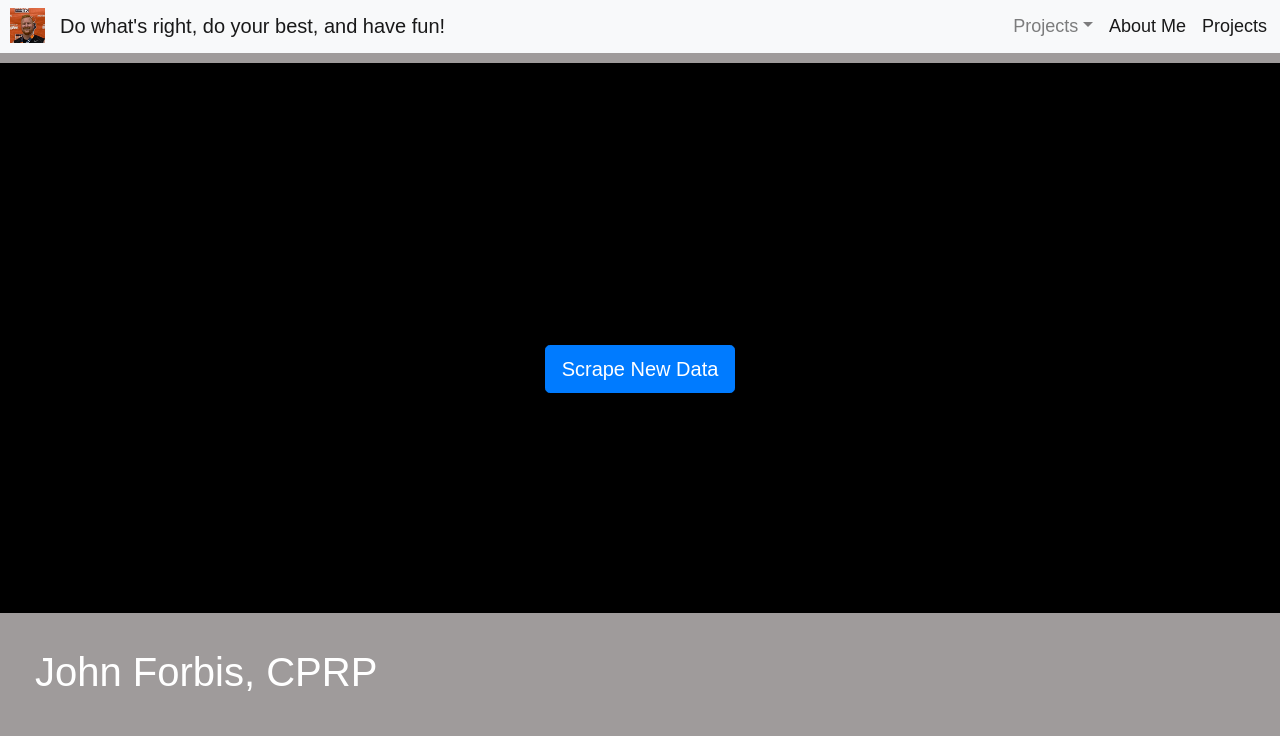
Repository: jforbis/john-forbis-data-analyst
Page: index.html
These files come from the project's save history. The page is drawn as it stood at one moment and after the next save; the edit follows.
The browser window is 1280 px wide. The pictures show the part of the page from y = 0 to 736 px (the page is 1718 px tall).
A picture or video elsewhere on the page could not be fetched, so the positions and the page height are approximate. Backgrounds fixed to the window are drawn as part of the page.

Above is the page before, as saved 2021-03-17 22:40:16.

### index.html
<!DOCTYPE html>
<html lang="en">

<head>
<meta charset="UTF-8">
<title>John Forbis, CPRP</title>
<!--Bootstrap style sheet-->
<link rel="stylesheet" href="https://stackpath.bootstrapcdn.com/bootstrap/4.3.1/css/bootstrap.min.css" integrity="sha384-ggOyR0iXCbMQv3Xipma34MD+dH/1fQ784/j6cY/iJTQUOhcWr7x9JvoRxT2MZw1T" crossorigin="anonymous">
<!--link to style sheet-->
<link rel="stylesheet" type="text/css" href="static/css/style.css">
</head>

<!--Top Nav Bar-->
<nav class="navbar-expand-lg navbar-light bg-light nav-color navbar nav">
    <a class="navbar-brand" href="about_me.html">
        <img class="headshot-sm" src="resources/images/headshot.jpg">
    </a>
    <a class="navbar-brand" id="tagline" href="index.html"> Do what's right, do your best, and have fun!</a>
    <button class="navbar-toggler" type="button" data-bs-toggle="collapse" data-bs-target="#navbarSupportedContent"
        aria-controls="navbarSupportedContent" aria-expanded="false" aria-label="Toggle navigation">
        <span class="navbar-toggler-icon"></span>
    </button>
    <div class="collapse navbar-collapse justify-content-end" id="navbarSupportedContent">
        <div class="nav navbar-nav navbar-right">
            <ul class="navbar-nav me-auto mb-2 mb-lg-0">
                <li class="nav-item dropdown">
                    <a class="nav-link dropdown-toggle" href="#" id="navbarDropdown" role="button"
                        data-bs-toggle="dropdown" aria-expanded="false">Projects</a>
                    <ul class="dropdown-menu" aria-labelledby="navbarDropdown">
                        <a class="dropdown-item" href="visualizations/maxtemp.html">Schooling</a>
                        <a class="dropdown-item" href="visualizations/humidity.html">Career</a>
                        <a class="dropdown-item" href="visualizations/cloudiness.html">Accolades</a>
                    </ul>
                </li>
                <li class="nav-item active">
                    <a class="nav-link" href="comparisons.html">About Me </a>
                </li>
                <li class="nav-item active">
                    <a class="nav-link" href="data.html">Projects </a>
                </li>
            </ul>
        </div>
    </div>
</nav>

<div class="wrapper">
    <nav class="navbar navbar-default">
        <div class="container-fluid">
        <div class="navbar-header">
            <!-- <a class="navbar-brand" href="index.html">UFO Sightings
            <img class="nav-ufo" src="resources/images/headshot.jpg">
            </a> -->
        </div>
        </div>
    </nav>
    <div class="hero text-center">
        <h1><b>Mission to Mars</b></h1>
        <p><a class="btn btn-primary btn-lg" href="resources/images/img_1779.jpg" role="button">Scrape New Data</a></p>
    </div>

<body>
    <h1>John Forbis, CPRP</h1>
    <hr>
    <table>
        <tr>
            <td>
                <div class="card" style="width: 40rem;">
                    <img src="Resources/assets/images/Fig1.png" class="card-img-top" alt="...">
                    <div class="card-body">
                    <h5 class="card-title">My brand:</h5>
                    <p class="card-text">
                        Data analyst with a passion for innovation, data analysis and keeping it fun!
                        <br>
                        <br>
                        With a background in public service, facility management, and leadership of
                        muli-level teams as well as extensive training in both leadership and data analytics
                        through the Leadership Intensive program by The Changing Point and the University
                        of Kansas Data Analytics boot camp respectively, I would make a great addition
                        to any team. Acquired skills in: advanced Excel, Python, Pandas, API calls,
                        SQL, Java Script and Machine Learning.
                        <br><br>
                        I enjoy a good problem needing solved
                        and love to utilize data to tell the story. I am a proven innovator in my
                        career with a ‘can-do’ mindset; always searching for new and better solutions.

                    </p>
                    <a href="https://www.linkedin.com/in/john-forbis-cprp-96921513/" class="btn btn-primary">Connect with me!</a>
                    </div>
                </div>
            </td>
            <td style="vertical-align:bottom">
                <div class="second_card" style="width: 40rem;">
                        <div class="card-body">
                            <table>
                                <tr>
                                <th colspan=2>VISUALIZATIONS</th>
                                </tr>
                                <tr>
                                <td>Max Temp
                                    <a href="visualizations/maxtemp.html">
                                        <img src="Resources/assets/images/Fig1.png" class="card-img-top" alt="...">
                                    </a>
                                </td>
                                <td>Humidity
                                    <a href="visualizations/humidity.html">
                                        <img src="Resources/assets/images/Fig2.png" class="card-img-top" alt="...">
                                    </a>
                                </td>
                                </tr>
                                <tr>
                                    <td>Cloudiness
                                        <a href="visualizations/cloudiness.html">
                                            <img src="Resources/assets/images/Fig3.png" class="card-img-top" alt="...">
                                    </a>
                                    </td>
                                    <td>Wind Speed
                                        <a href="visualizations/windspeed.html">
                                            <img src="Resources/assets/images/Fig3.png" class="card-img-top" alt="...">
                                        </a>
                                    </td>
                                </tr>
                                <tr>
                                    <td>
                                        </br>
                                        </br>
                                        </br>
                                        </br>
                                        </br>
                                        </br>
                                        </br>
                                        </br>
                                        </br>
                                    </td>
                                </tr>
                                <tr>
                                    <td></td>
                                </tr>
                                <tr>
                                    <td></td>
                                </tr>
                                <tr>
                                    <td></td>
                                </tr>
                                <tr>
                                    <td></td>
                                </tr>
                                <tr>
                                    <td></td>
                                </tr>
                                <tr>
                                    <td></td>
                                </tr>
                            </table>
                        </div>
                </div>
            </td>
        </tr>
    </table>
</div>
</body>

<!--<table>
    <tr>
      <th>Month</th>
      <th>Savings</th>
    </tr>
    <tr>
      <td>January</td>
      <td>$100</td>
    </tr>
    <tr>
      <td>February</td>
      <td>$80</td>
    </tr>
    <tr>
      <td colspan="2">Sum: $180</td>
    </tr>
  </table>-->

### static/css/style.css
/* Styling for HTML elements */
body {
padding: 0;
margin: 0;
font-family: Georgia, "Times New Roman", Times, serif;
font-size: 18px;
line-height: 150%;
color: rgb(255, 255, 255);
background: #9f9b9b;
}

.dropdown {
position: relative;
display: inline-block;
}

.dropdown-menu {
display: none;
position: absolute;
background-color: #f9f9f9;
min-width: 160px;
box-shadow: 0px 8px 16px 0px rgba(0,0,0,0.2);
padding: 12px 16px;
z-index: 1;
}

.dropdown:hover .dropdown-menu {
display: block;
}

h1 {
padding: 25px;
margin: 10px;
color: white
}

h3 {
margin-left: 35px;
color: white;
font-size: 16px
}

hr {
height: 2px;
background-color: white
}

.card {
color: #9f9b9b;
font-size: 14px;
margin-left: 40px;
margin-top: top;
border-color: #9f9b9b;
vertical-align: text-top
}

.second_card {
margin-top: -140px;
margin-left: 40px
}

.card-img-top {
width: 90%;
height: auto;
}

.card-title {
font-size: 18px
}

.top_row {
position: sticky;
top: 0;
background-color: #353A3F;
}

.navbar-expand-lg navbar-light bg-light nav-color navbar nav {
position: sticky;
top: 0;
}

* {
box-sizing: border-box;
font-family: Ubuntu, sans-serif;
}

html,
body {
height: 100%;
padding: 0;
margin: 0;
}

/* The wrapper contains all of the page's content besides the footer, which is pushed to the bottom of the page */
.wrapper {
position: relative;
min-height: 100%;
padding-bottom: 130px;
overflow: auto;
}

/* The footer is positioned at the bottom of the page */
.footer {
position: absolute;
right: 0;
bottom: 0;
left: 0;
min-height: 100px;
background: #4e5d6c;
}

/* The code styles the text at the bottom of the footer */
.footer > .bottom {
position: absolute;
right: 0;
bottom: 0;
left: 0;
padding: 5px;
background: #1b3146;
}

.navbar {
padding: 5px;
margin: 0;
}

/* This CSS styles the photo in the navbar */
.headshot-sm {
position: absolute;
bottom: 10px;
left: 10px;
width: 35px;
color: white;
}

#tagline {
    position: absolute;
    left: 60px;
}

/* Adding styles to the aside and filter form */
.ufo-form {
margin-top: 50px;
}

.filters .panel-body {
padding: 0;
}

.filters {
margin-top: 10px;
}

select {
display: block;
width: 100%;
padding: 8px;
color: #8e979f;
outline: none;
}

#table-area th {
text-align: center;
}

#table-area th:first-child,
#table-area th:nth-child(2),
#table-area th:nth-child(6) {
min-width: 70px;
}

.loader {
margin-top: 50px;
}

.margin-top-50 {
margin-top: 50px;
}

/* The styles for the parallax */
.hero {
position: relative;
height: 550px;
padding: 20px;
margin: 0;
background: black;
/* background-image: url("../images/nasa.jpg"); */
background-attachment: fixed;
background-position: bottom center;
background-size: cover;
}

.hero h1 {
margin-top: 200px;
font-size: 0.1rem;
animation: title 1.2s forwards linear;
}

.hero p {
font-size: 2rem;
opacity: 0;
animation: subtitle 1.2s forwards linear;
animation-delay: 1.2s;
}

/* input placeholder color changes */
.form-control::-webkit-input-placeholder {
/* Chrome/Opera/Safari */
color: #8e979f;
}

.form-control::-moz-placeholder {
/* Firefox 19+ */
color: #8e979f;
}

.form-control:-ms-input-placeholder {
/* IE 10+ */
color: #8e979f;
}

.form-control:-moz-placeholder {
/* Firefox 18- */
color: #8e979f;
}

/* media queries which will only be activated at specific screen sizes */
@media (max-width: 800px) {
#table-area td {
    font-size: 1em;
}
}

@media (max-width: 500px) {
#table-area thead {
    display: none;
}

#table-area tr td:first-child {
    font-size: 1.8em;
    font-weight: bold;
    background: #1b3146;
}

#table-area tr td:last-child {
    margin-bottom: 20px;
}

#table-area tr td:last-child::after {
    display: block;
    width: 100%;
    height: 1px;
    margin-top: 20px;
    content: " ";
    background: aliceblue;
}

#table-area td {
    font-size: 1.25em;
}

#table-area tbody td {
    display: block;
    text-align: center;
}

#table-area tbody td::before {
    display: block;
    font-size: 1.4em;
    font-weight: bold;
    text-align: center;
    content: attr(data-th);
}

.hero h1 {
    animation: smaller-title 1.2s forwards linear;
}
}

/* keyframe animations which will be used to animate the title */
@keyframes title {
from {
    opacity: 0;
}

to {
    font-size: 7.5rem;
    opacity: 1;
}
}

@keyframes smaller-title {
from {
    opacity: 0;
}

to {
    font-size: 5.5rem;
    opacity: 1;
}
}

@keyframes subtitle {
from {
    opacity: 0;
}

to {
    opacity: 1;
}
}

After the next save:
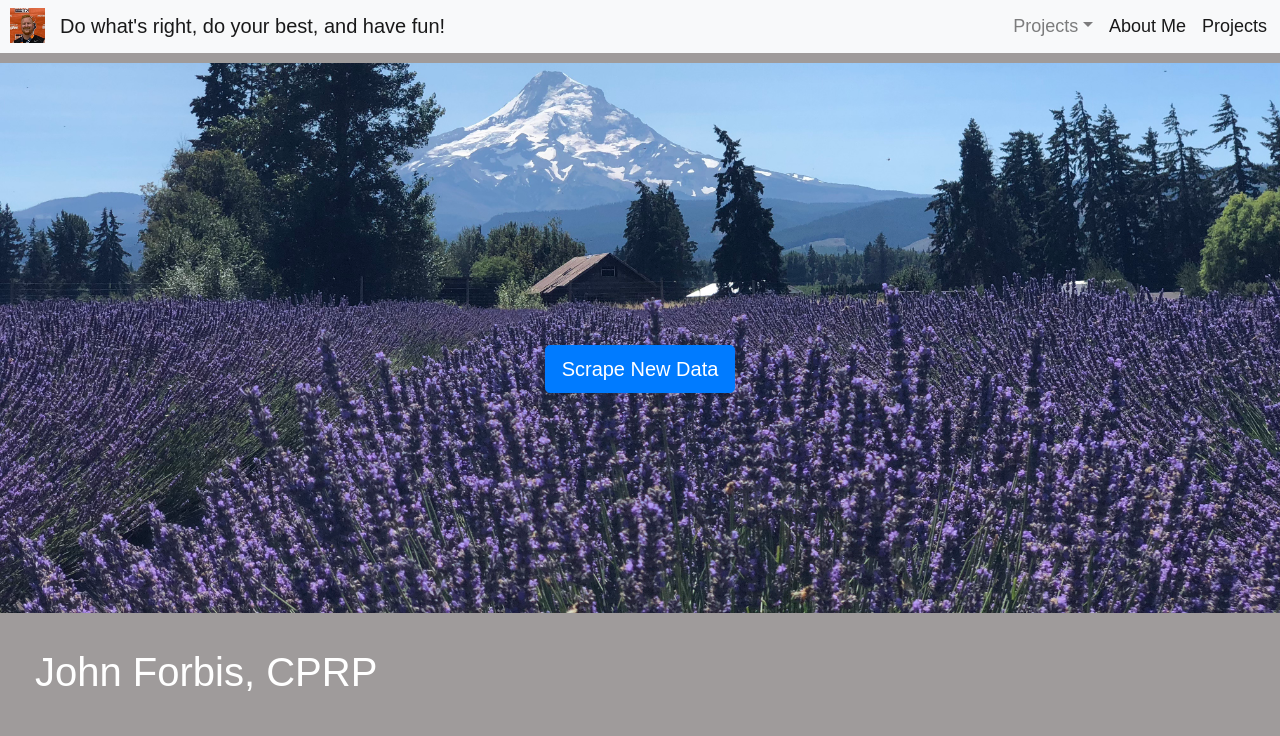
Saved 49 s later.
--- a/static/css/style.css
+++ b/static/css/style.css
@@ -184,7 +184,7 @@
 padding: 20px;
 margin: 0;
 background: black;
-/* background-image: url("../images/nasa.jpg"); */
+background-image: url("../../resourcesimages/img_1779.jpg");
 background-attachment: fixed;
 background-position: bottom center;
 background-size: cover;
